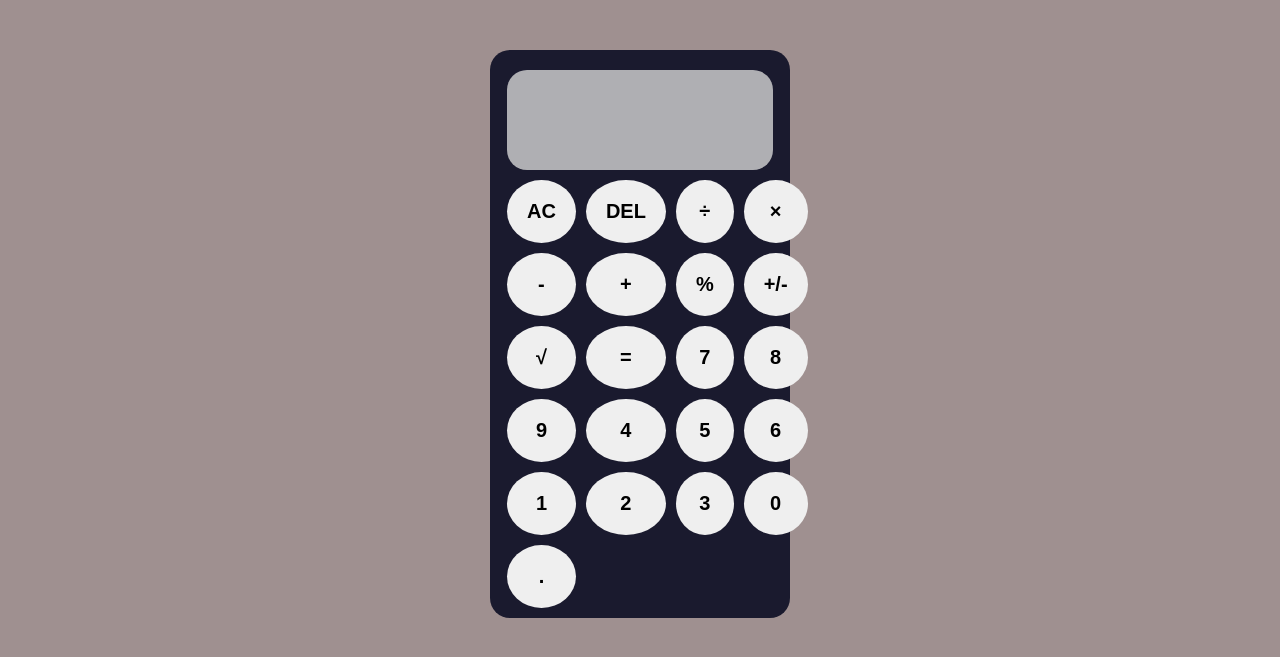
Repository: MikkyPrestige/js-calculator
Page: index.html
The author's editor kept a copy of each file at every save. The page is drawn from the files as they stood at one save, then again after the next save.
The browser window is 1280 px wide. The pictures show the whole page.

Above is the page before, as saved 2023-05-08 01:15:29.

After the next save:
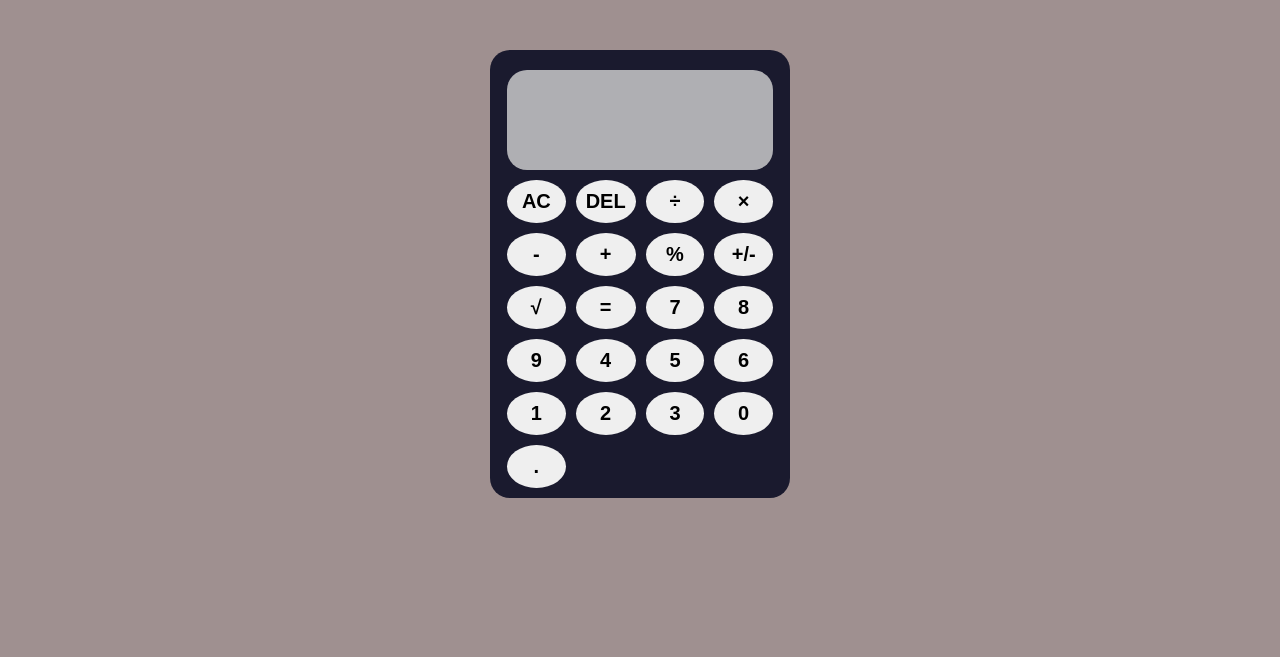
Saved 9 s later.
--- a/index.css
+++ b/index.css
@@ -92,7 +92,7 @@ main {
   outline: none;
   font-size: 2rem;
   font-weight: 700;
-  padding: 2rem;
+  padding: 1rem;
   cursor: pointer;
   transition: all 0.2s ease-in-out;
   -webkit-transition: all 0.2s ease-in-out;
